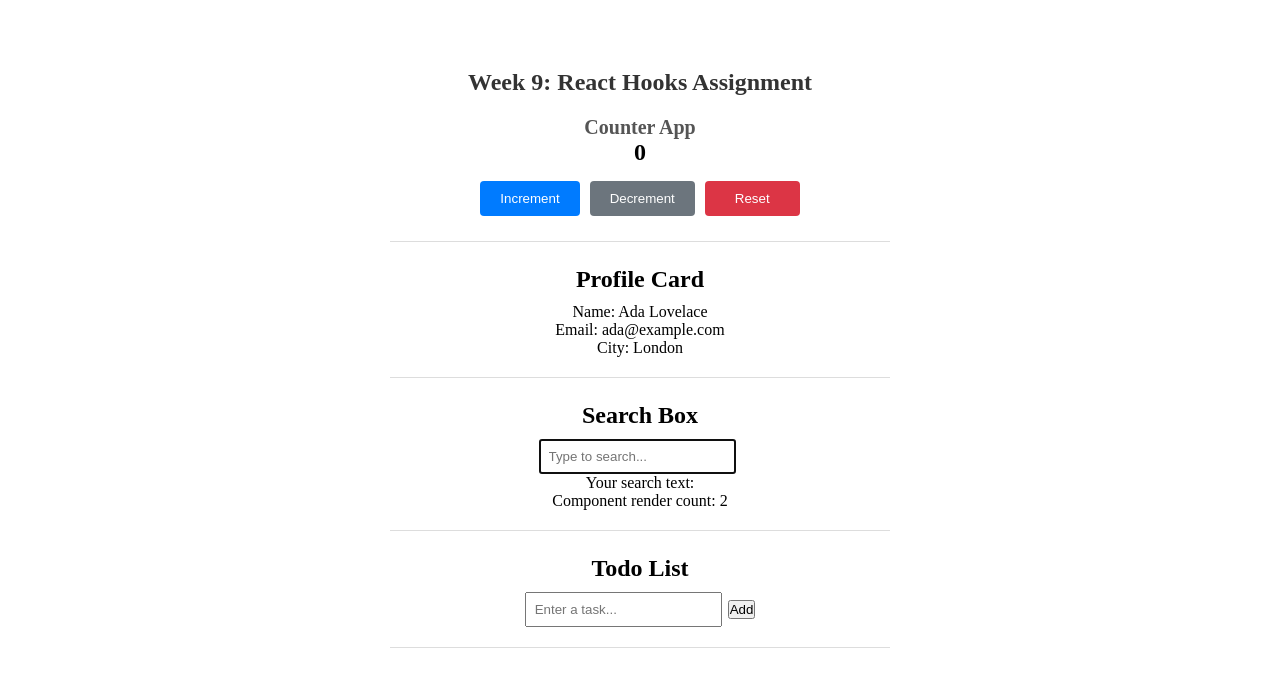
Repository: Daki-builds/REACT-HOOKS
Page: /
The author's editor kept a copy of each file at every save. The page is drawn from the files as they stood at one save, then again after the next save.
The browser window is 1280 px wide. The pictures show the whole page.
The project was rebuilt for these pictures with package versions that can differ from the ones it lists, and the page was loaded fresh each time. Also part of the build but not shown: vite.config.js, src/index.css.

Above is the page before, as saved 2026-10-29 17:56:50.

After the next save:
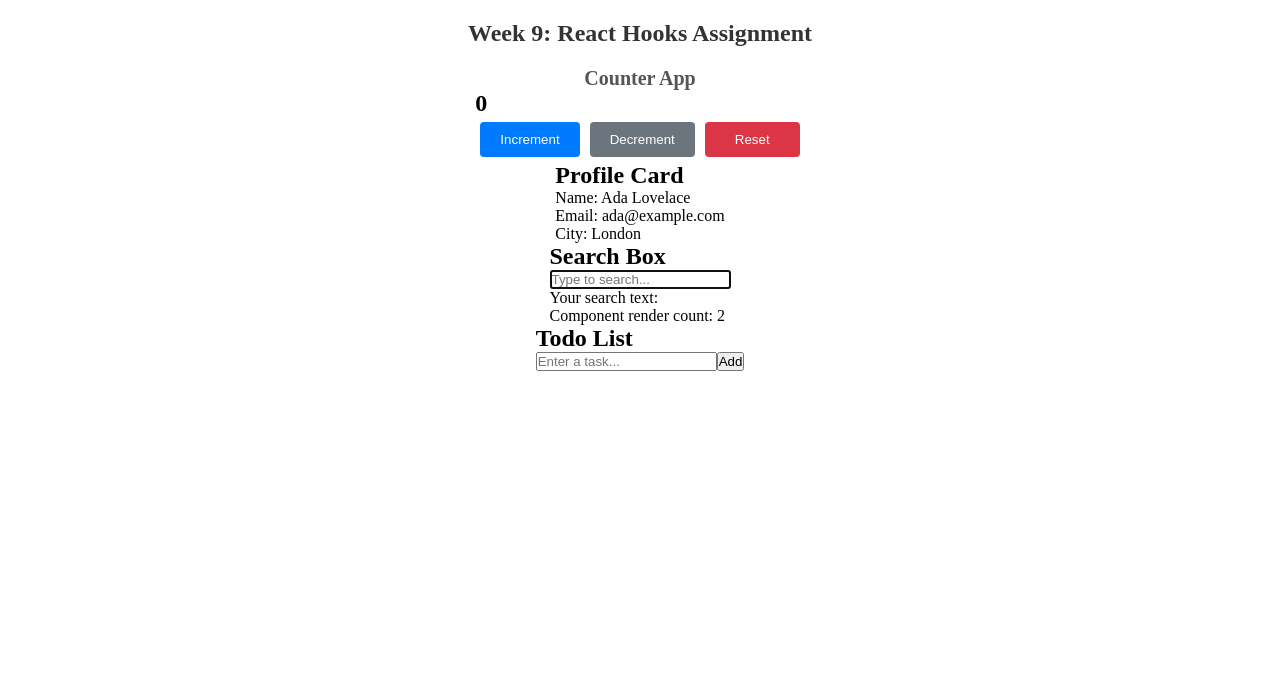
Saved 15 h 0 min later.
--- a/src/App.css
+++ b/src/App.css
@@ -7,7 +7,6 @@
   display: flex;
   flex-direction: column;
   align-items: center;
-  justify-content: center;
   min-height: 100vh;
 }
 
@@ -52,30 +51,3 @@
   margin: 5px;
   cursor: pointer;
 }
-
-.app > div {
-  width: 100%;
-  max-width: 500px;
-  text-align: center;
-  margin-bottom: 24px;
-  padding-bottom: 20px;
-  border-bottom: 1px solid #ddd;
-}
-
-h2 {
-  margin-bottom: 10px;
-}
-
-input {
-  padding: 8px;
-  margin-right: 6px;
-}
-
-li {
-  list-style: none;
-  margin: 8px 0;
-}
-
-li button {
-  margin-left: 10px;
-}
